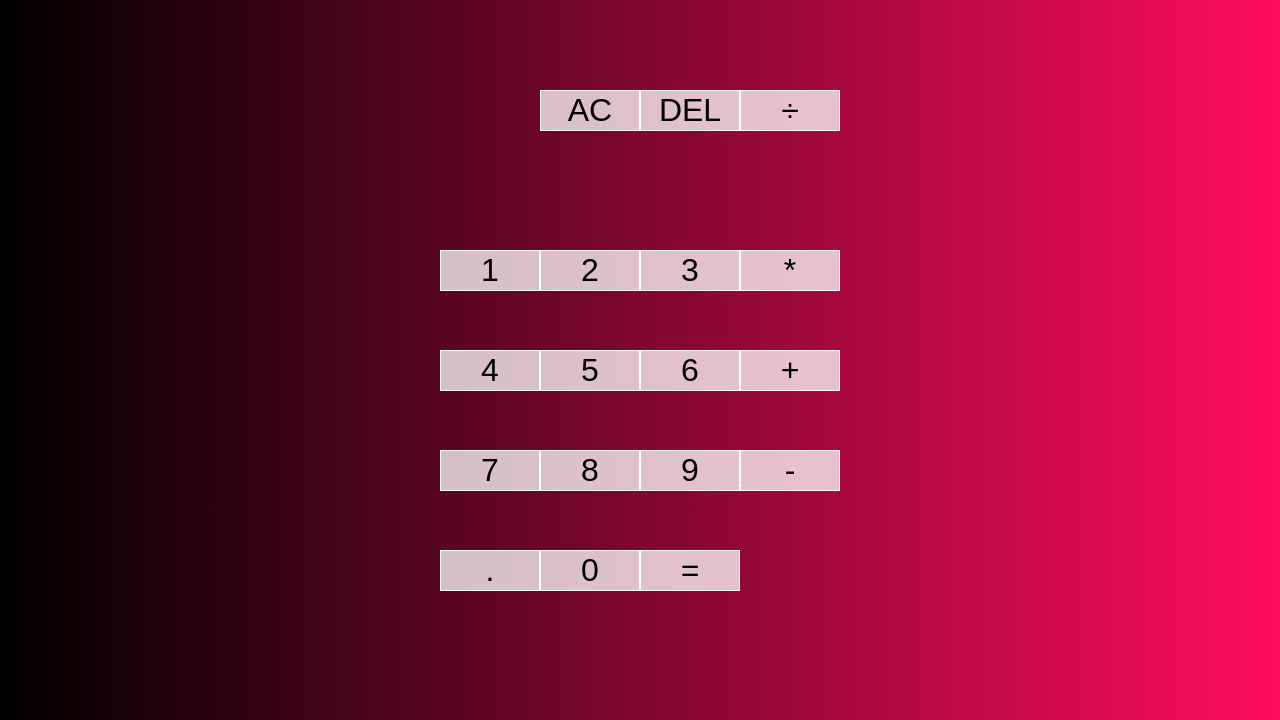
Repository: burntaftermint/calculator
Page: index.html
An editor plug-in stored every save of this project. The page is shown before and after the next save, followed by the edit.
The browser window is 1280 px wide. The pictures show the whole page.

Above is the page before, as saved 2023-11-01 02:34:12.

After the next save:
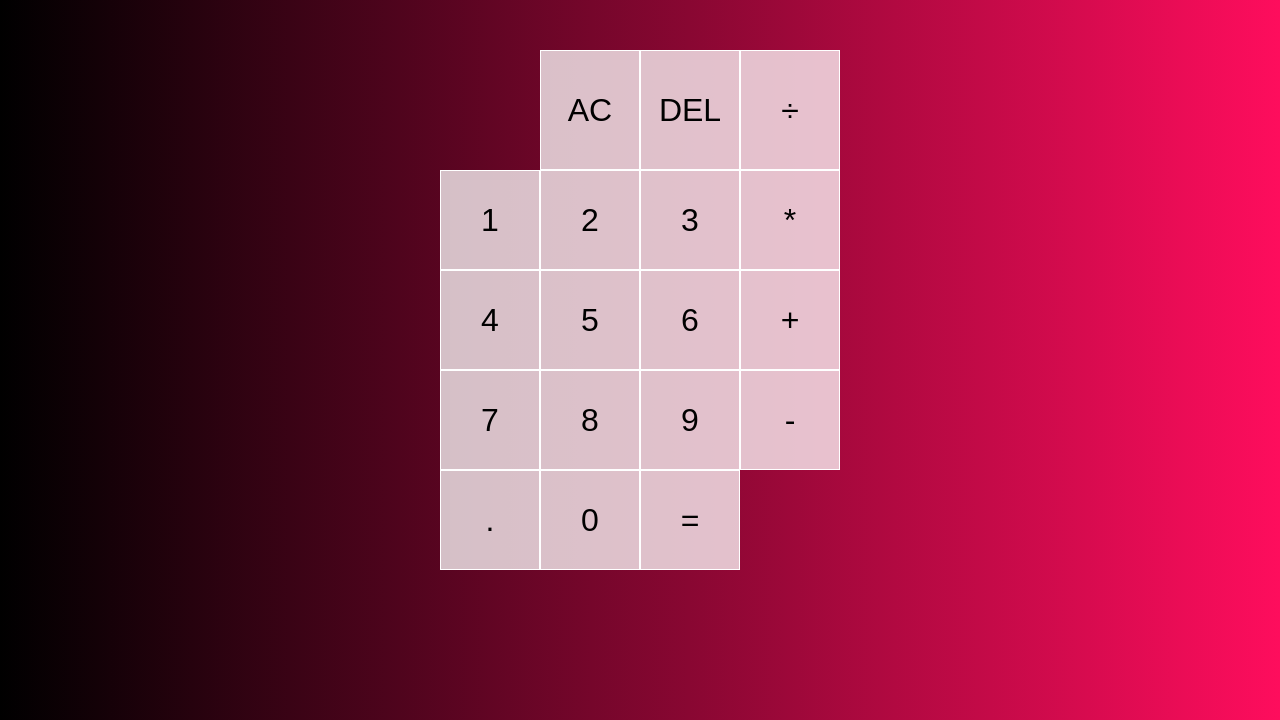
Saved 91 s later.
--- a/styles.css
+++ b/styles.css
@@ -13,7 +13,7 @@ body {
 .calculator-grid {
     display: grid;
     justify-content: center;
-    align-items: center;
+    align-content: center;
     min-height: 100vh;
     grid-template-columns: repeat(4, 100px);
     grid-template-rows: minmax(120px, auto) repeat(5, 100px);
@@ -26,3 +26,7 @@ body {
     outline: none;
     background-color: rgba(255, 255, 255, .75);
 }
+
+.calculator-grid > button:hover {
+    background-color: rgba(255, 255, 255, .9);
+}
